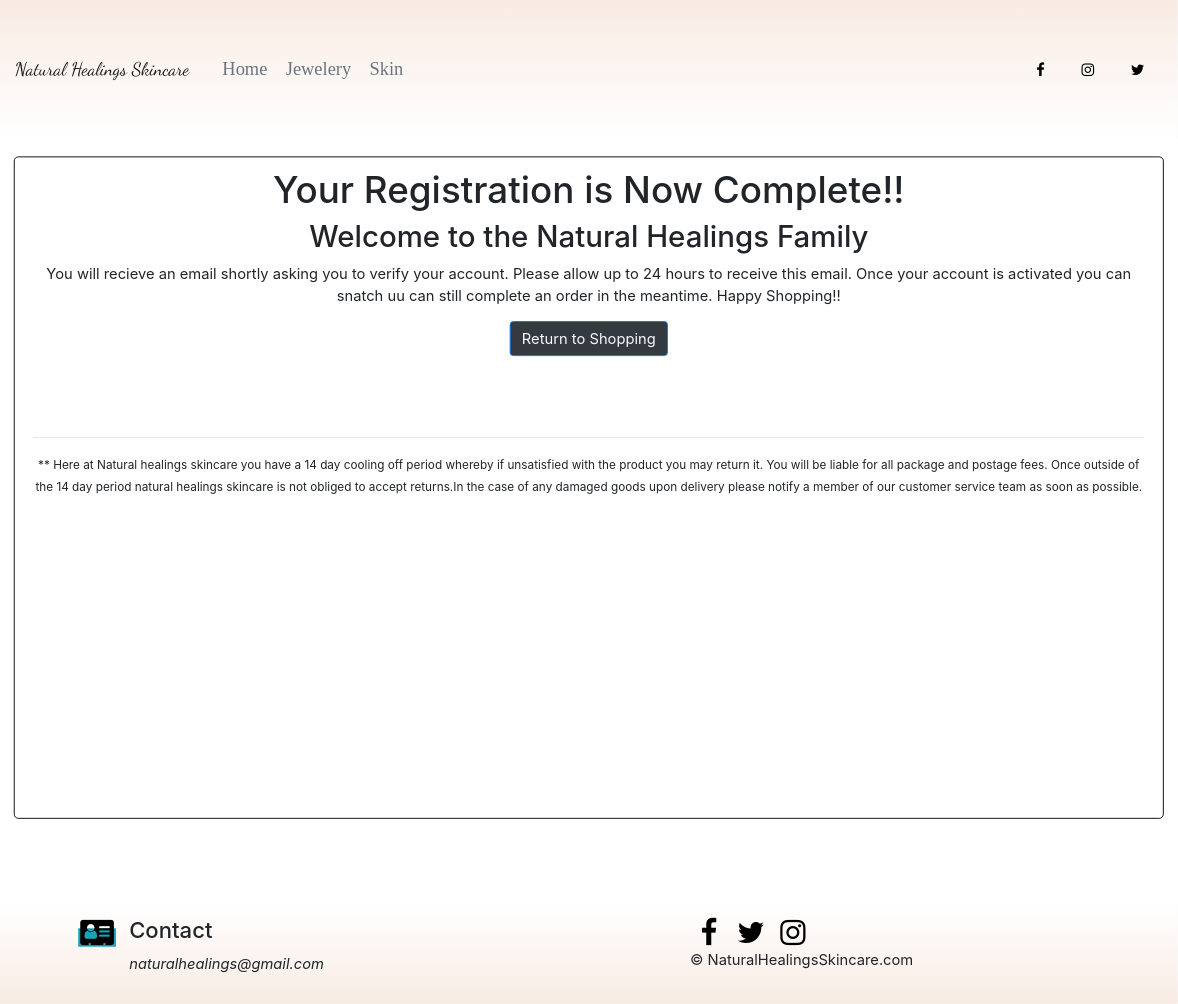
Repository: aliciarawlings/first-milestone
Page: completereg.html
The author's editor kept a record of every edit. The page is drawn from the files as they stood at one moment, then again after the next edit.
The browser window is 1280 px wide. The pictures show the whole page, at 92% of full size.
Some web fonts or font styles are not loaded; a fallback is used.

Above is the page before.

After the next edit:
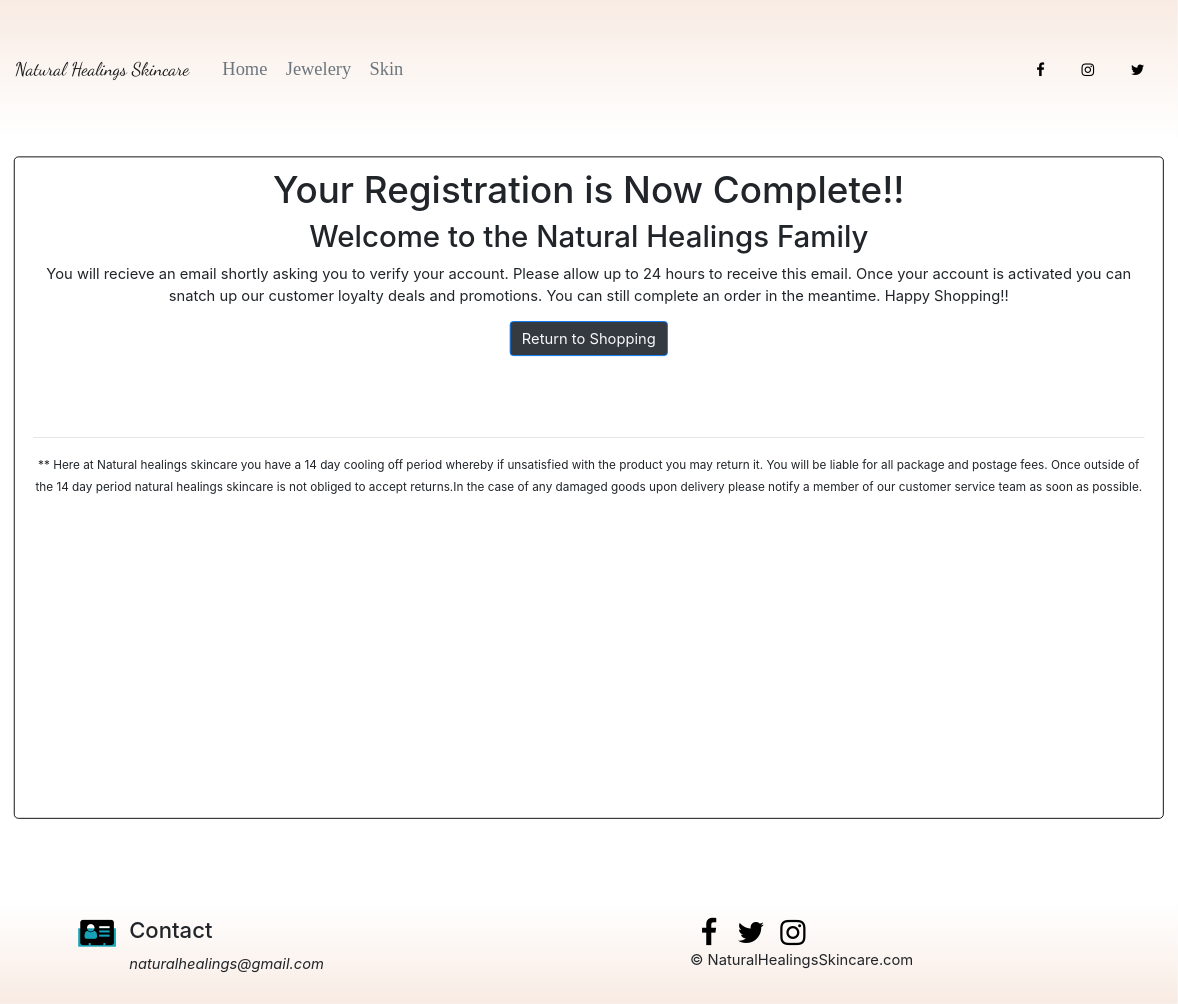
The edit:
--- a/completereg.html
+++ b/completereg.html
@@ -63,7 +63,7 @@
       <h2>Welcome to the Natural Healings Family</h2>
 
       <p>You will recieve an email shortly asking you to verify your account. Please allow up to 24 hours to receive this email. Once your account is
-      activated you can snatch uu can still complete an order in the meantime. Happy Shopping!!</p>
+      activated you can snatch up our customer loyalty deals and promotions. You can still complete an order in the meantime. Happy Shopping!!</p>
 
 
 
